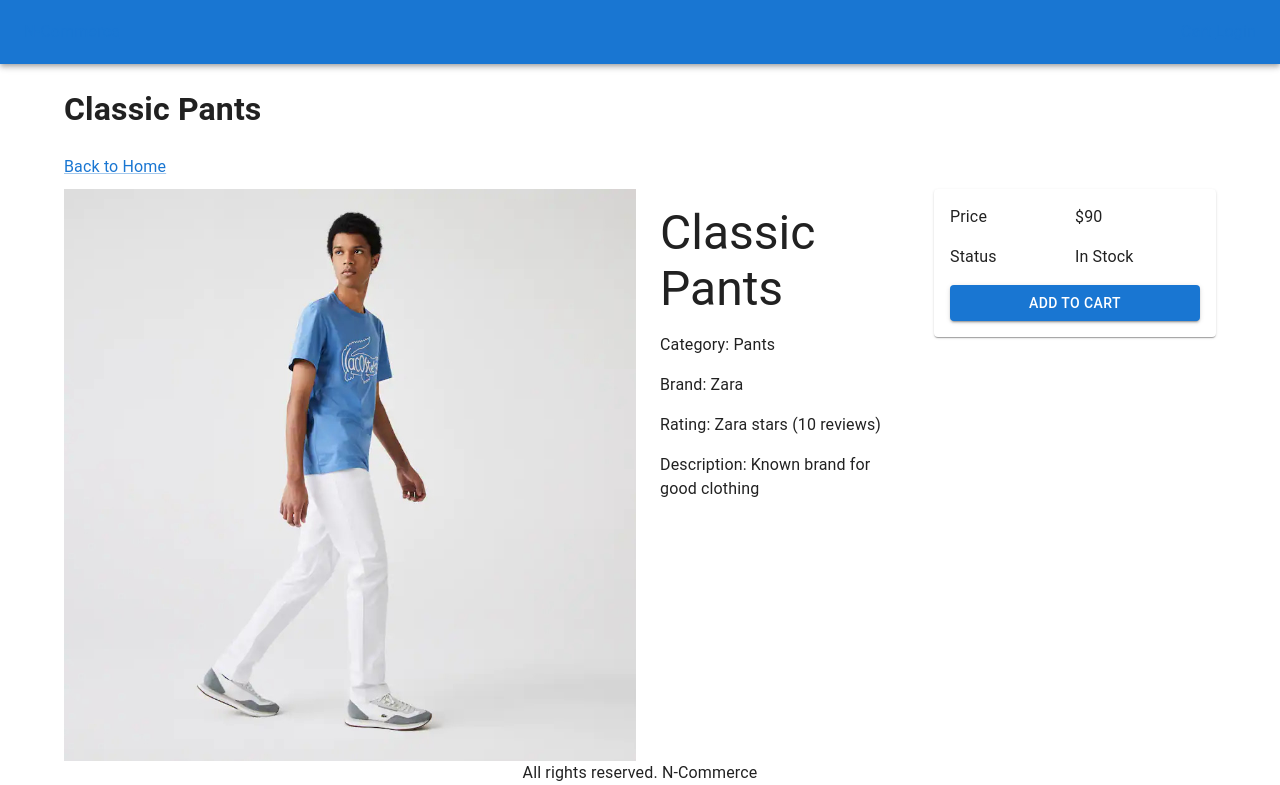
Repository: AK0493/Next-Commerce
Page: /product/classic-pants
These files come from the project's save history. The page is drawn as it stood at one moment and after the next save; the edit follows.
The browser window is 1280 px wide. The pictures show the whole page.
The project was rebuilt for these pictures with package versions that can differ from the ones it lists, and the page was loaded fresh each time. The framework's server and built-in components were replaced by stand-ins that run in the browser. Also part of the build but not shown: next.config.js.

Above is the page before, as saved 2022-02-07 17:19:36.

### pages/_app.js
import { useEffect } from 'react';
import '../styles/globals.css';

function MyApp({ Component, pageProps }) {
  useEffect(() => {
    const jssStyles = document.querySelector('#jss-server-side');
    if (jssStyles) {
      jssStyles.parentElement.removeChild(jssStyles);
    }
  }, []);
  return <Component {...pageProps} />;
}

export default MyApp;

### pages/product/[slug].js
import { useRouter } from 'next/router';
import React from 'react';
import data from '../../utils/data';
import NextLink from 'next/link';
import {
  Button,
  Card,
  Grid,
  Link,
  List,
  ListItem,
  Typography,
} from '@mui/material';
import Layout from '../../components/Layout';
import useStyles from '../../utils/styles';
import Image from 'next/image';
export default function ProductPage() {
  const classes = useStyles();
  const router = useRouter();
  const { slug } = router.query;
  const product = data.products.find((el) => el.slug === slug);
  if (!product) {
    return (
      <div>
        <h1>Product not Found!</h1>
      </div>
    );
  }
  return (
    <Layout title={product.name} description={product.description}>
      <div className={classes.section}>
        <h1>{product.name}</h1>
        <NextLink href="/" passHref>
          <Link>Back to Home</Link>
        </NextLink>
      </div>
      <Grid container spacing={1}>
        <Grid item md={6} xs={12}>
          <Image
            src={product.image}
            alt={product.name}
            width={640}
            height={640}
            layout="responsive"
          ></Image>
        </Grid>
        <Grid item md={3} xs={12}>
          <List>
            <ListItem>
              <Typography component="h3" variant="h3">
                {product.name}
              </Typography>
            </ListItem>
            <ListItem>
              <Typography>Category: {product.category}</Typography>
            </ListItem>
            <ListItem>
              <Typography>Brand: {product.brand}</Typography>
            </ListItem>
            <ListItem>
              <Typography>
                Rating: {product.brand} stars ({product.numReviews} reviews)
              </Typography>
            </ListItem>
            <ListItem>
              <Typography>Description: {product.description}</Typography>
            </ListItem>
          </List>
        </Grid>
        <Grid item md={3} xs={12}>
          <Card>
            <List>
              <ListItem>
                <Grid container>
                  <Grid item xs={6}>
                    <Typography>Price</Typography>
                  </Grid>
                  <Grid item xs={6}>
                    <Typography>${product.price}</Typography>
                  </Grid>
                </Grid>
              </ListItem>
              <ListItem>
                <Grid container>
                  <Grid item xs={6}>
                    <Typography>Status</Typography>
                  </Grid>
                  <Grid item xs={6}>
                    <Typography>
                      {product.CountInStock > 0 ? 'In Stock' : 'UNavailible'}
                    </Typography>
                  </Grid>
                </Grid>
              </ListItem>
              <ListItem>
                <Button fullWidth variant="contained" color="primary">
                  Add to Cart
                </Button>
              </ListItem>
            </List>
          </Card>
        </Grid>
      </Grid>
    </Layout>
  );
}

### styles/globals.css
html,
body {
  padding: 0;
  margin: 0;
  font-family: -apple-system, BlinkMacSystemFont, Segoe UI, Roboto, Oxygen,
    Ubuntu, Cantarell, Fira Sans, Droid Sans, Helvetica Neue, sans-serif;
}

a {
  color: #fff;
  text-decoration: none;
  cursor: pointer;
}

* {
  box-sizing: border-box;
}

### utils/data.js
const data = {
  products: [
    {
      name: 'Free Shirt',
      slug: 'free-shirt',
      category: 'Shirts',
      image: '/images/shirt1.jpg',
      price: 90,
      brand: 'Nike',
      rating: 4.5,
      numReviews: 10,
      CountInStock: 20,
      description: 'A popular shirt',
    },
    {
      name: 'Fit Shirt',
      slug: 'fit-shirt',
      category: 'Shirt',
      image: '/images/Shirt2.jpg',
      price: 90,
      brand: 'Addidas',
      rating: 4.5,
      numReviews: 10,
      CountInStock: 20,
      description: 'A popular shirt',
    },
    {
      name: 'Slim Shirt',
      slug: 'slim-shirt',
      category: 'Shirts',
      image: '/images/shirt3.jpg',
      price: 70,
      brand: 'Raymond',
      rating: 4.5,
      numReviews: 10,
      CountInStock: 20,
      description: 'A popular shirt',
    },
    {
      name: 'Golf Pants',
      slug: 'golf-pants',
      category: 'Pants',
      image: '/images/pants1.jpg',
      price: 70,
      brand: 'Oliver',
      rating: 4.5,
      numReviews: 10,
      CountInStock: 20,
      description: 'smart looking pants',
    },
    {
      name: 'Fit Pants',
      slug: 'fit-pants',
      category: 'Pants',
      image: '/images/pants2.jpg',
      price: 90,
      brand: 'Zara',
      rating: 4.5,
      numReviews: 10,
      CountInStock: 20,
      description: 'Known brand for good clothing',
    },
    {
      name: 'Classic Pants',
      slug: 'classic-pants',
      category: 'Pants',
      image: '/images/pants3.jpg',
      price: 90,
      brand: 'Zara',
      rating: 4.5,
      numReviews: 10,
      CountInStock: 20,
      description: 'Known brand for good clothing',
    },
  ],
};

export default data;

### components/Layout.js
import {
  AppBar,
  Container,
  createTheme,
  CssBaseline,
  Link,
  Toolbar,
  Typography,
} from '@mui/material';
import Head from 'next/head';
import React from 'react';
import useStyles from '../utils/styles';
import NextLink from 'next/link';
import { ThemeProvider } from '@mui/styles';
import { green, purple } from '@mui/material/colors';

export default function Layout({ title, description, children }) {
  const theme = createTheme();
  theme.typography.h3 = {
    fontSize: '1.2rem',
    '@media (min-width:600px)': {
      fontSize: '1.5rem',
    },
    [theme.breakpoints.up('md')]: {
      fontSize: '2.4rem',
    },
  };

  const classes = useStyles();
  return (
    <div>
      <Head>
        <title>{title ? `${title} - Next-Commerce` : 'Next Commerce'}</title>
        {description && <meta name="description" content={description}></meta>}
      </Head>
      <ThemeProvider theme={theme}>
        <CssBaseline />
        <AppBar position="static" className={classes.navbar}>
          <Toolbar>
            <NextLink href="/">
              <Link>
                <Typography>N-Commerce</Typography>
              </Link>
            </NextLink>
            <div className={classes.grow}></div>
            <div>
              <NextLink href="/cart">
                <Link>Cart </Link>
              </NextLink>
              <NextLink href="/login">
                <Link>Login</Link>
              </NextLink>
            </div>
          </Toolbar>
        </AppBar>
        <Container className={classes.main}>{children}</Container>
        <footer className={classes.footer}>
          <Typography>All rights reserved. N-Commerce</Typography>
        </footer>
      </ThemeProvider>
    </div>
  );
}

### utils/styles.js
import { makeStyles } from '@mui/styles';

const useStyles = makeStyles({
  navbar: {
    backgroundColor: '#203040',
  },
  '& a': {
    color: '#fff',
    marginLeft: '10',
  },
  grow: {
    flexGrow: 1,
  },
  main: {
    minHeight: '80vh',
  },
  section: {
    marginTop: '10px',
    marginBottom: '10px',
  },
  footer: {
    textAlign: 'center',
  },
});
export default useStyles;

After the next save:
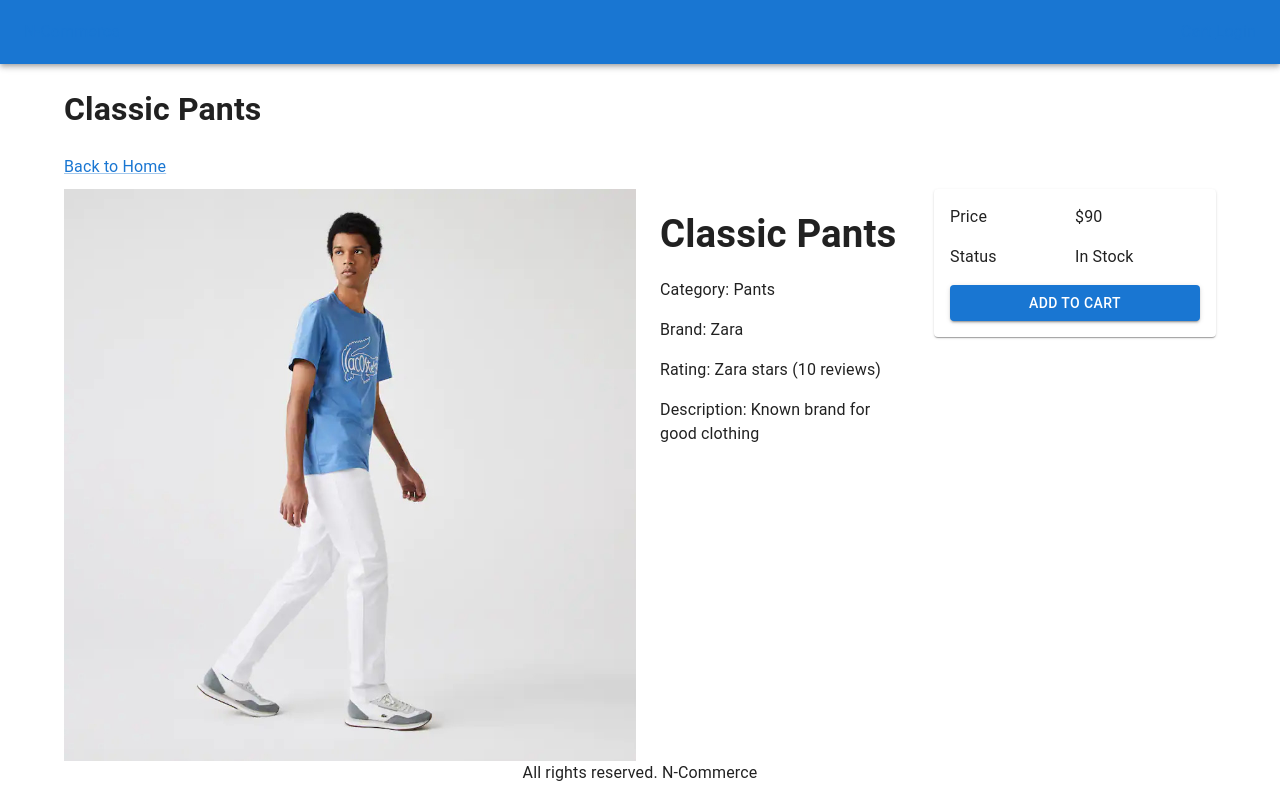
Saved 2 min 10 s later.
--- a/components/Layout.js
+++ b/components/Layout.js
@@ -6,12 +6,13 @@
   Link,
   Toolbar,
   Typography,
+  ThemeProvider,
 } from '@mui/material';
 import Head from 'next/head';
 import React from 'react';
 import useStyles from '../utils/styles';
 import NextLink from 'next/link';
-import { ThemeProvider } from '@mui/styles';
+import {} from '@mui/styles';
 import { green, purple } from '@mui/material/colors';
 
 export default function Layout({ title, description, children }) {

After the save that followed:
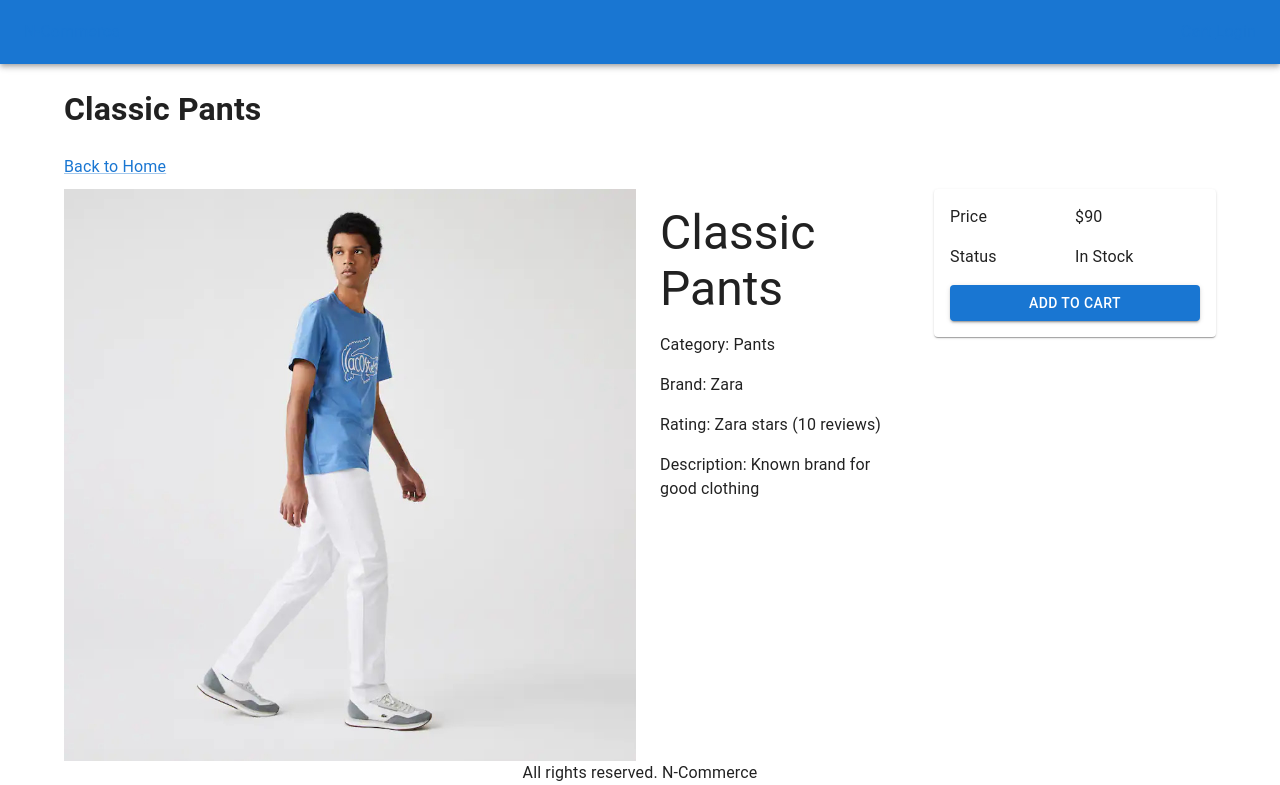
Saved 35 s later.
--- a/components/Layout.js
+++ b/components/Layout.js
@@ -6,26 +6,37 @@
   Link,
   Toolbar,
   Typography,
-  ThemeProvider,
 } from '@mui/material';
 import Head from 'next/head';
 import React from 'react';
 import useStyles from '../utils/styles';
 import NextLink from 'next/link';
-import {} from '@mui/styles';
-import { green, purple } from '@mui/material/colors';
+import { ThemeProvider } from '@mui/styles';
 
 export default function Layout({ title, description, children }) {
-  const theme = createTheme();
-  theme.typography.h3 = {
-    fontSize: '1.2rem',
-    '@media (min-width:600px)': {
-      fontSize: '1.5rem',
+  const theme = createTheme({
+    typography: {
+      h1: {
+        fontSize: '1.6rem',
+        fontWeight: 400,
+        margin: '1rem 0',
+      },
+      h2: {
+        fontSize: '1.6rem',
+        fontWeight: 400,
+        margin: '1rem 0',
+      },
     },
-    [theme.breakpoints.up('md')]: {
-      fontSize: '2.4rem',
+    palette: {
+      type: 'light',
+      primary: {
+        main: '#f0c000',
+      },
+      secondary: {
+        main: '#208080',
+      },
     },
-  };
+  });
 
   const classes = useStyles();
   return (
